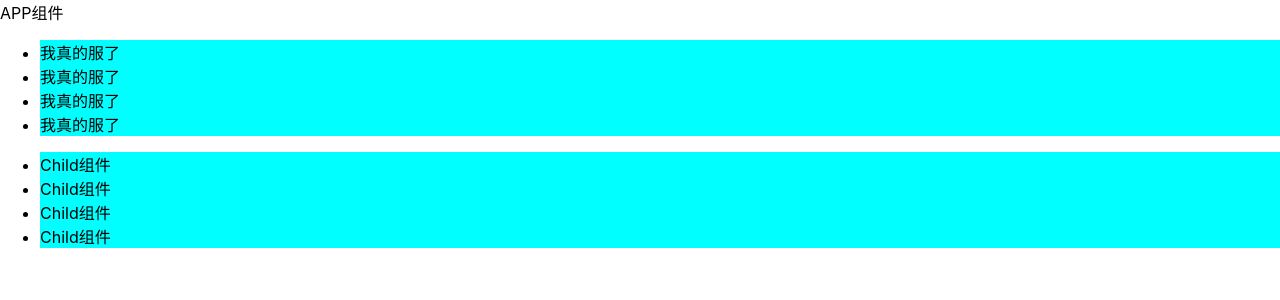
Repository: pagelam97/React-Test-Project
Page: /#/.
The author's editor kept a copy of each file at every save. The page is drawn from the files as they stood at one save, then again after the next save.
The browser window is 1280 px wide. The pictures show the whole page.
The project was rebuilt for these pictures with package versions that can differ from the ones it lists, and the page was loaded fresh each time.

Above is the page before, as saved 2022-09-01 16:02:24.

After the next save:
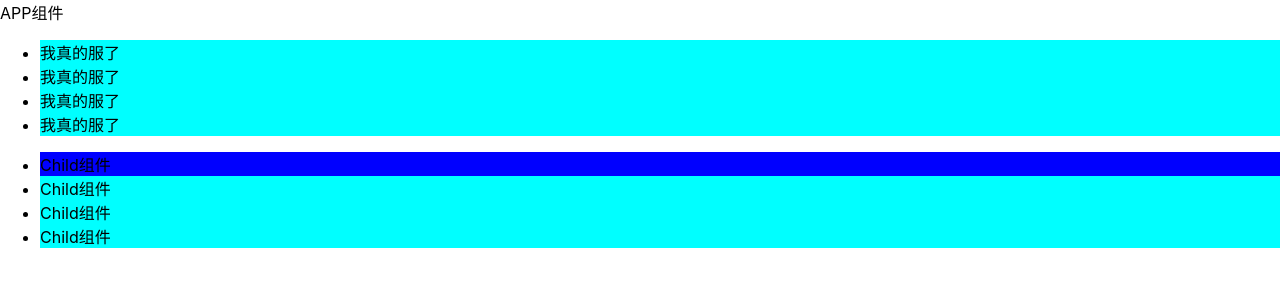
Saved 61 s later.
--- a/src/Child.module.css
+++ b/src/Child.module.css
@@ -1,3 +1,3 @@
-childStyle{
+.childStyle{
     background-color: blue;
 }
